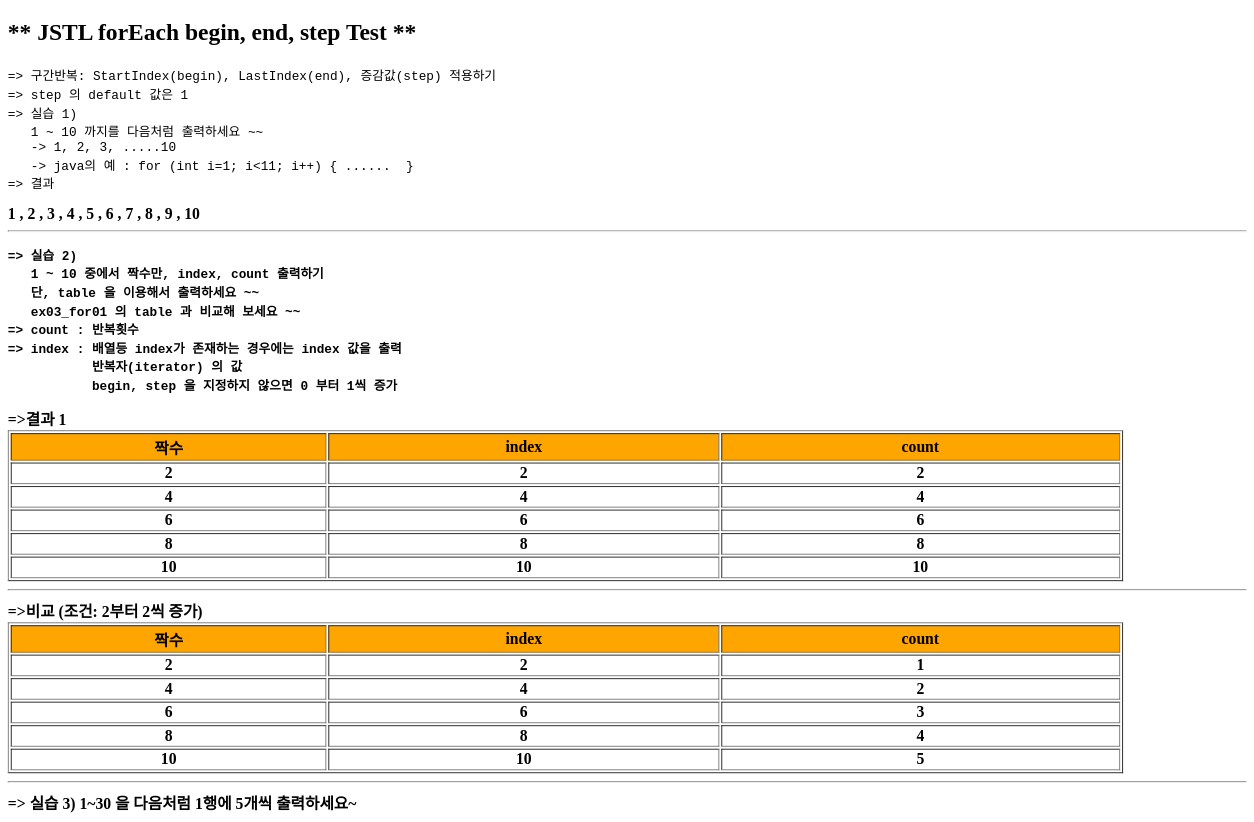
Repository: nameground/Java
Page: http://localhost/Web01/jsp05_JSTL/ex03_for02.jsp
The author's editor kept a copy of each file at every save. The page is drawn from the files as they stood at one save, then again after a run of saves.
The browser window is 1280 px wide. The pictures show the whole page, at 98% of full size.
The page is served by Tomcat 9. Nobody is signed in. The application's start-up code is not run. Other server files are loaded and not shown.

Above is the page before, as saved 2023-10-13 08:56:29.

### mTest/Mywork/Web01/src/main/webapp/jsp05_JSTL/ex03_for02.jsp
<%@ page language="java" contentType="text/html; charset=UTF-8"
    pageEncoding="UTF-8"%>
<%@ taglib uri="http://java.sun.com/jsp/jstl/core" prefix="c"%>
<!DOCTYPE html>
<html>
<head>
<meta charset="UTF-8">
<title>JSTL forEach begin, end, step Test</title>
</head>
<body>
<h2>** JSTL forEach begin, end, step Test **</h2>
<pre>
=> 구간반복: StartIndex(begin), LastIndex(end), 증감값(step) 적용하기
=> step 의 default 값은 1
=> 실습 1)
   1 ~ 10 까지를 다음처럼 출력하세요 ~~
   -> 1, 2, 3, .....10
   -> java의 예 : for (int i=1; i<11; i++) { ......  }
=> 결과
</pre>
<b>
<c:forEach var="i" begin="1" end="10" step="1" varStatus="vs">
	 ${i}
	 ${vs.last ? "" : ","}
</c:forEach>


<hr><pre>
=> 실습 2)
   1 ~ 10 중에서 짝수만, index, count 출력하기
   단, table 을 이용해서 출력하세요 ~~
   ex03_for01 의 table 과 비교해 보세요 ~~
=> count : 반복횟수
=> index : 배열등 index가 존재하는 경우에는 index 값을 출력
           반복자(iterator) 의 값
           begin, step 을 지정하지 않으면 0 부터 1씩 증가
</pre>
=>결과 1<br>
<table border="1" style="text-align:center; width:90%;">
	<tr style="background-color:orange;">
		<th>짝수</th>
		<th>index</th>
		<th>count</th>
	</tr>
	<c:forEach var="i" begin="1" end="10" step="1" varStatus="vs">
		<c:if test="${i % 2 == 0 }">
			<tr>
				<td>${i}</td>
				<td>${vs.index}</td>
				<td>${vs.count}</td>
			</tr>
		</c:if>
	</c:forEach>
</table>

<hr>
=>비교 (조건: 2부터 2씩 증가)
<table border="1" style="text-align:center; width:90%;">
	<tr style="background-color:orange;">
		<th>짝수</th>
		<th>index</th>
		<th>count</th>
	</tr>
	<c:forEach var="i" begin="2" end="10" step="2" varStatus="vs">
		<tr>
			<td>${i}</td>
			<td>${vs.index}</td>
			<td>${vs.count}</td>
		</tr>
	</c:forEach>
</table>



<hr>
=> 실습 3) 1~30 을 다음처럼 1행에 5개씩 출력하세요~<br>
<!--
1,2,3,4,5
6,7,8,9,10
11,12,13,14,15
...
............30 -->

</body>
</html>

After the next 3 saves:
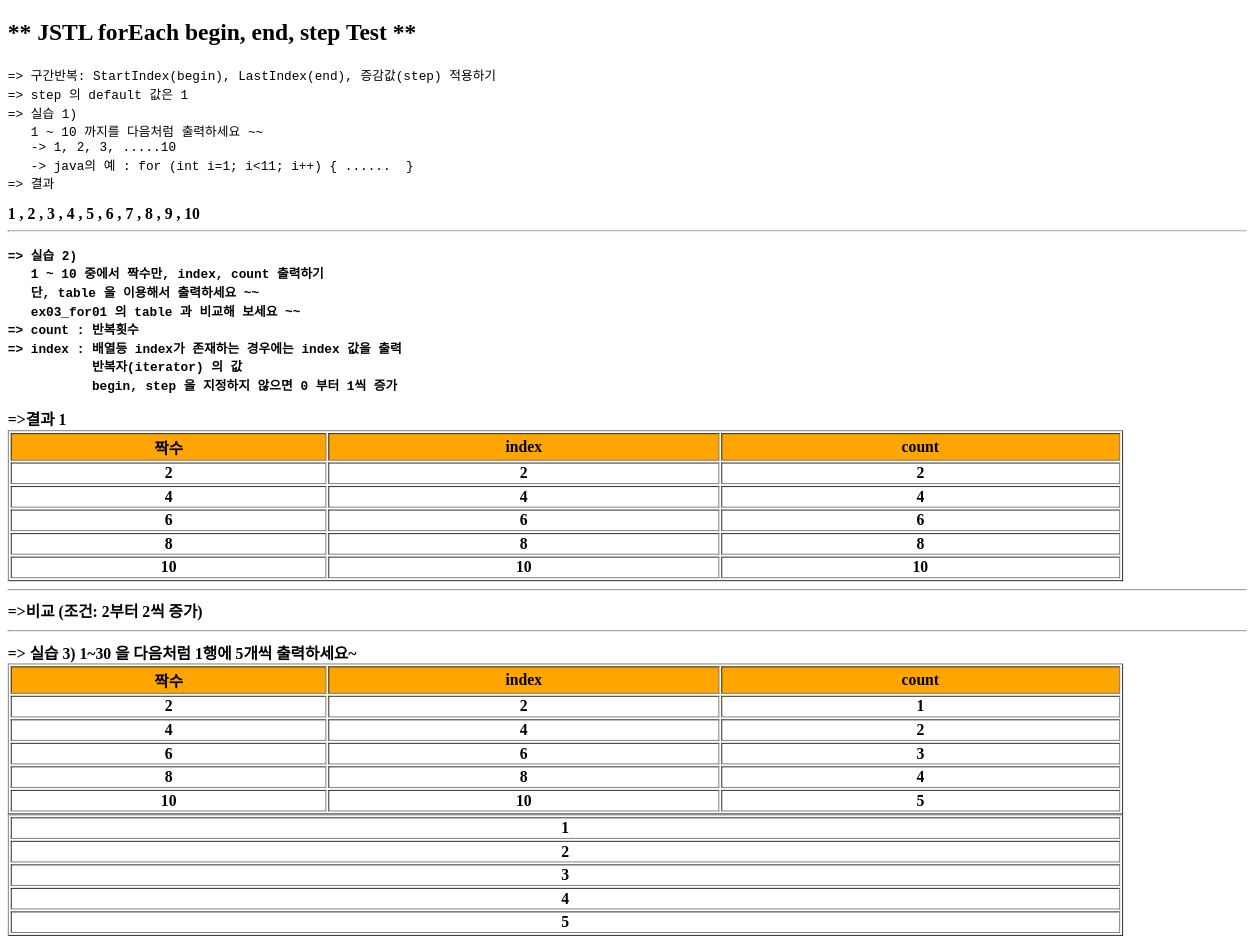
The 3 saves are shown as one change because 2 did not build or start.
The last was saved 6 min 21 s later.
--- a/mTest/Mywork/Web01/src/main/webapp/jsp05_JSTL/ex03_for02.jsp
+++ b/mTest/Mywork/Web01/src/main/webapp/jsp05_JSTL/ex03_for02.jsp
@@ -68,9 +68,6 @@
 			<td>${vs.count}</td>
 		</tr>
 	</c:forEach>
-</table>
-
-
 
 <hr>
 => 실습 3) 1~30 을 다음처럼 1행에 5개씩 출력하세요~<br>
@@ -81,5 +78,13 @@
 ...
 ............30 -->
 
+<table border="1" style="text-align:center; width:90%;">
+	<c:forEach var="i" begin="1" end="5" step="1" varStatus="vs">
+			<tr>
+				<td>${i}</td>
+			</tr>
+	</c:forEach>
+</table>
+
 </body>
 </html>
